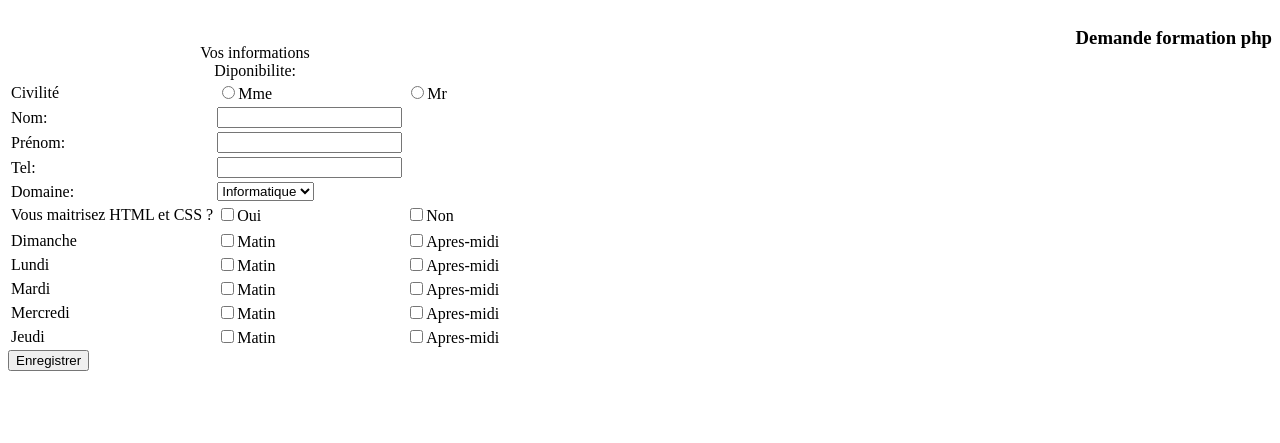
Repository: imouahrani/Gestion-des-stagiaires_JAVAEE
Page: http://localhost/LoginProjet/FormulaireInscription.jsp
An editor plug-in stored every save of this project. The page is shown before and after the next save, followed by the edit.
The browser window is 1280 px wide. The pictures show the whole page.
The page is served by Tomcat 9. The template is opened directly, without the code that normally fills it, so the values that code supplies are empty.

Above is the page before, as saved 2018-08-02 08:57:45.

After the next save:
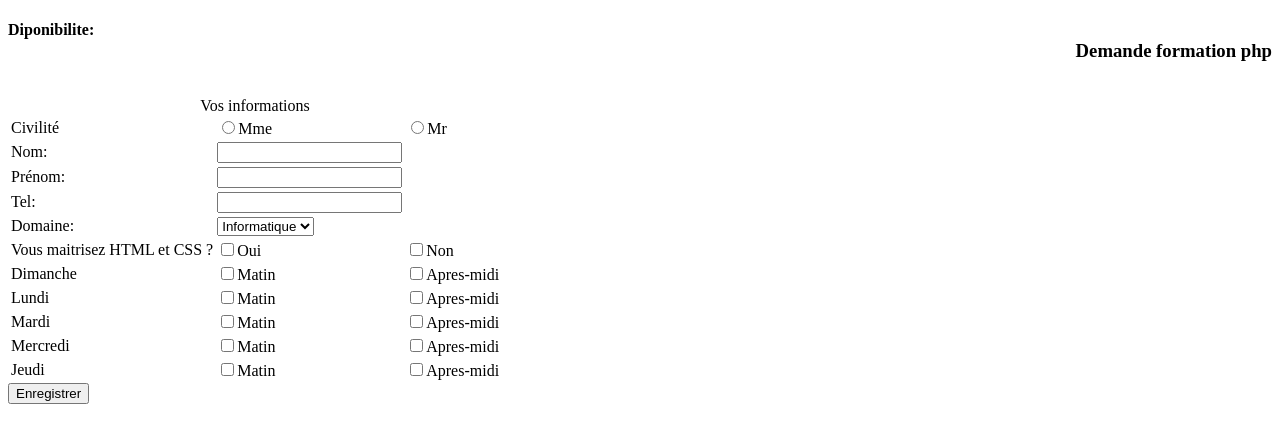
Saved 12 s later.
--- a/Formation Java Entreprise Edition/LoginProjet/WebContent/FormulaireInscription.jsp
+++ b/Formation Java Entreprise Edition/LoginProjet/WebContent/FormulaireInscription.jsp
@@ -81,7 +81,7 @@ if(message != null){
 
 </tr>
 <tr>
-<caption>Diponibilite:</caption>
+<h4>Diponibilite:</h4>
 <br><br>
 <td>Dimanche</td>
 <td><input type="checkbox" name ="matin">Matin</td>
